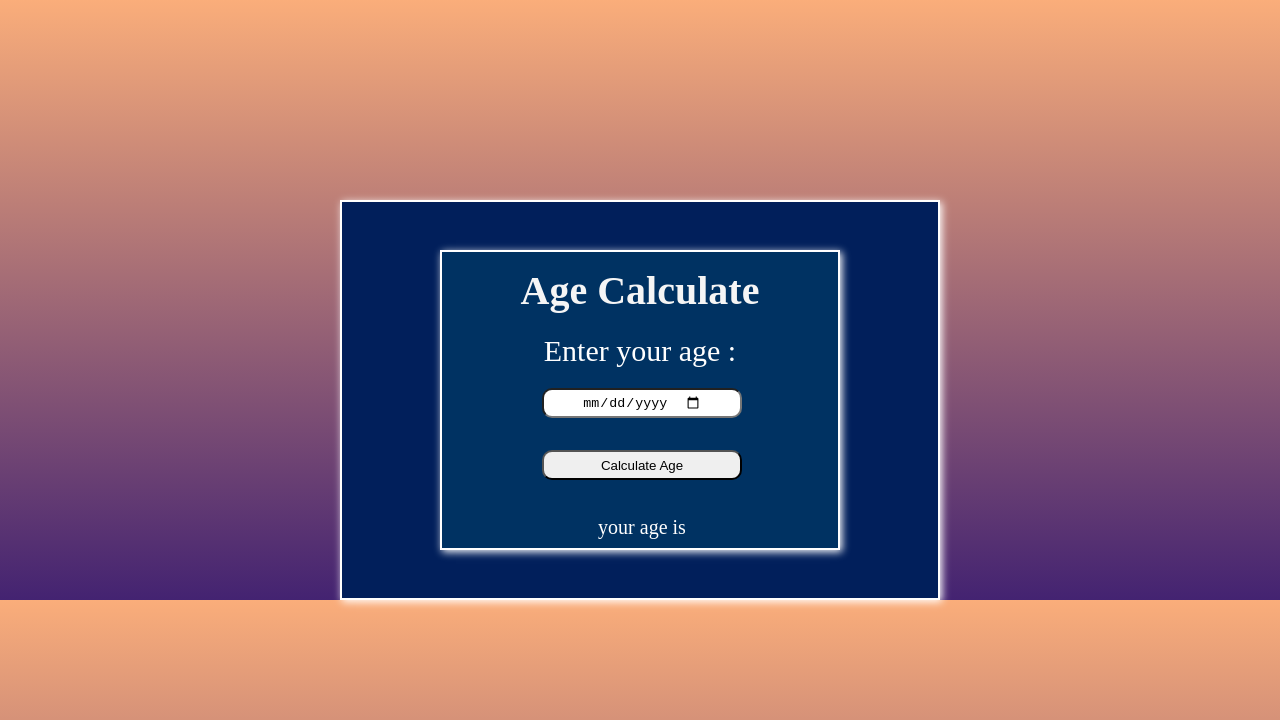
Repository: sristigupta04/basic-js-project
Page: age calculator/age.html
These files come from the project's save history. The page is drawn as it stood at one moment and after the next save; the edit follows.
The browser window is 1280 px wide. The pictures show the whole page.

Above is the page before, as saved 2025-11-07 16:00:47.

### age calculator/age.html
<!DOCTYPE html>
<html lang="en">
<head>
    <meta charset="UTF-8">
    <meta name="viewport" content="width=device-width, initial-scale=1.0">
    <title>Document</title>
    <link rel="stylesheet" href="age.css"/>
</head>
<body>
    <div class="main">
    <div class="age">
    <h1>Age Calculate</h1>

    <label for="eventDate">Enter  your age :</label>
<input type="date" id="eventDate" name="eventDate">
<button>Calculate Age</button>
<p id="realage">your age is </p></div></div>
</body>
</html>

### age calculator/age.css
*{
    padding: 0;
    margin: 0;
    box-sizing: border-box;
}
body{
    display: flex;
    justify-content: center;
    align-items: center;
   background: hsla(265, 53%, 29%, 1);

background: linear-gradient(90deg, hsla(265, 53%, 29%, 1) 0%, hsla(24, 93%, 73%, 1) 100%);

background: -moz-linear-gradient(90deg, hsla(265, 53%, 29%, 1) 0%, hsla(24, 93%, 73%, 1) 100%);

background: -webkit-linear-gradient(90deg, hsla(265, 53%, 29%, 1) 0%, hsla(24, 93%, 73%, 1) 100%);

filter: progid: DXImageTransform.Microsoft.gradient( startColorstr="#432371", endColorstr="#FAAE7B", GradientType=1 );
}

.main{
     display: flex;
    justify-content: center;
    align-items: center;
    border:2px solid white;
    height: 400px;
    width: 600px;
    box-shadow: 2px 2px 8px white;
    font-size: 20px;
     margin-top: 200px;
     background-color:#011F5B;

}

.age{
    background-color:#003262;
     box-shadow: 2px 2px 8px white;
    border:2px solid white;
    height:300px;
    width:400px;
}

.age h1{
     display: flex;
    justify-content: center;
    align-items: center;
    margin-top: 15px;
    color:whitesmoke;
    font-size: 200;

}

.age  label{
    color:white;
 display: flex;
 justify-content: center;
 font-size: 30px;
 margin:20px;

}
.age input{
     display: flex;
     justify-content: center;
     height: 30px;
     width: 200px;
    margin-left: 100px;
    border-radius: 10px;
}
.age button{
    display: flex;
    justify-content: center;
    align-items: center;
   height: 30px;
     width: 200px;
     margin: 2rem;;
      margin-left: 100px;
    border-radius: 10px;
}


#realage{
    display: flex;
    justify-content: center;
    align-items: center;
   height: 30px;
     width: 200px;
     margin: 2rem;;
      margin-left: 100px;
    border-radius: 10px;
    color:white;
}

After the next save:
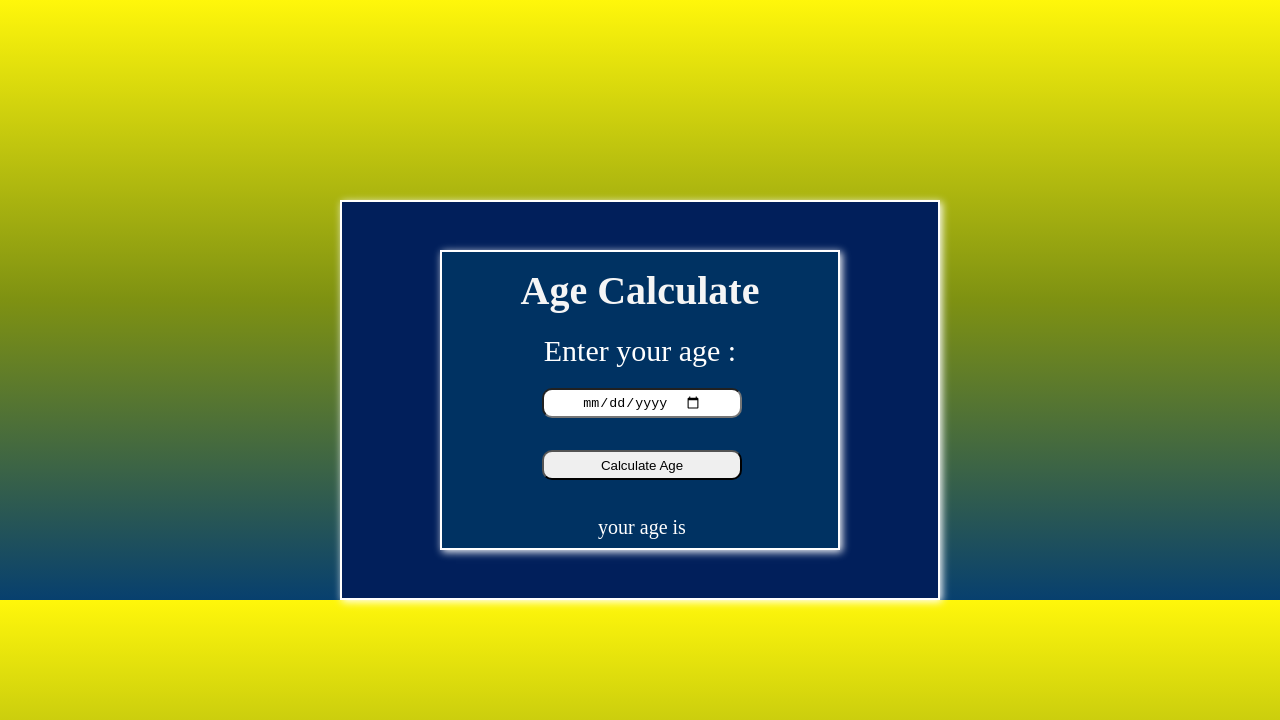
Saved 61 s later.
--- a/age calculator/age.css
+++ b/age calculator/age.css
@@ -7,15 +7,15 @@ body{
     display: flex;
     justify-content: center;
     align-items: center;
-   background: hsla(265, 53%, 29%, 1);
+    background: hsla(207, 88%, 23%, 1);
 
-background: linear-gradient(90deg, hsla(265, 53%, 29%, 1) 0%, hsla(24, 93%, 73%, 1) 100%);
+background: linear-gradient(90deg, hsla(207, 88%, 23%, 1) 0%, hsla(69, 78%, 32%, 1) 50%, hsla(58, 100%, 52%, 1) 100%);
 
-background: -moz-linear-gradient(90deg, hsla(265, 53%, 29%, 1) 0%, hsla(24, 93%, 73%, 1) 100%);
+background: -moz-linear-gradient(90deg, hsla(207, 88%, 23%, 1) 0%, hsla(69, 78%, 32%, 1) 50%, hsla(58, 100%, 52%, 1) 100%);
 
-background: -webkit-linear-gradient(90deg, hsla(265, 53%, 29%, 1) 0%, hsla(24, 93%, 73%, 1) 100%);
+background: -webkit-linear-gradient(90deg, hsla(207, 88%, 23%, 1) 0%, hsla(69, 78%, 32%, 1) 50%, hsla(58, 100%, 52%, 1) 100%);
 
-filter: progid: DXImageTransform.Microsoft.gradient( startColorstr="#432371", endColorstr="#FAAE7B", GradientType=1 );
+filter: progid: DXImageTransform.Microsoft.gradient( startColorstr="#074170", endColorstr="#7E9012", GradientType=1 );
 }
 
 .main{

After the save that followed:
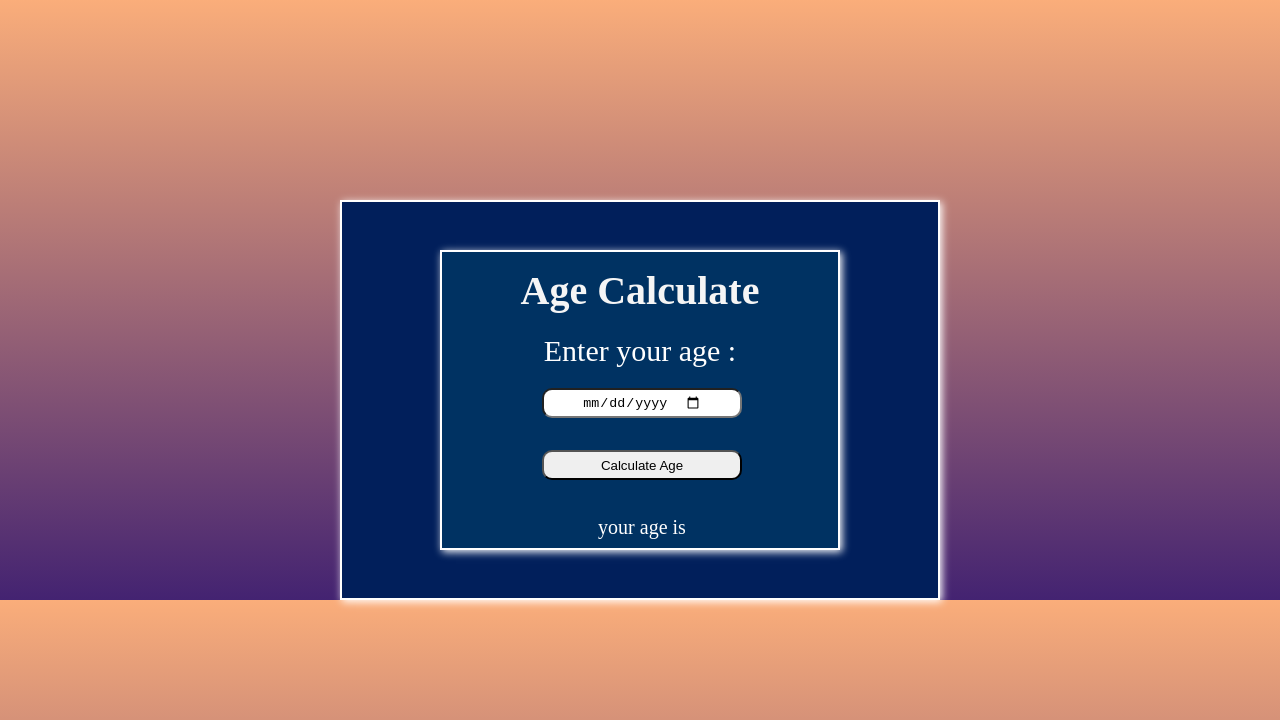
Saved 44 s later.
--- a/age calculator/age.css
+++ b/age calculator/age.css
@@ -7,15 +7,15 @@ body{
     display: flex;
     justify-content: center;
     align-items: center;
-    background: hsla(207, 88%, 23%, 1);
+    background: hsla(265, 53%, 29%, 1);
 
-background: linear-gradient(90deg, hsla(207, 88%, 23%, 1) 0%, hsla(69, 78%, 32%, 1) 50%, hsla(58, 100%, 52%, 1) 100%);
+background: linear-gradient(90deg, hsla(265, 53%, 29%, 1) 0%, hsla(24, 93%, 73%, 1) 100%);
 
-background: -moz-linear-gradient(90deg, hsla(207, 88%, 23%, 1) 0%, hsla(69, 78%, 32%, 1) 50%, hsla(58, 100%, 52%, 1) 100%);
+background: -moz-linear-gradient(90deg, hsla(265, 53%, 29%, 1) 0%, hsla(24, 93%, 73%, 1) 100%);
 
-background: -webkit-linear-gradient(90deg, hsla(207, 88%, 23%, 1) 0%, hsla(69, 78%, 32%, 1) 50%, hsla(58, 100%, 52%, 1) 100%);
+background: -webkit-linear-gradient(90deg, hsla(265, 53%, 29%, 1) 0%, hsla(24, 93%, 73%, 1) 100%);
 
-filter: progid: DXImageTransform.Microsoft.gradient( startColorstr="#074170", endColorstr="#7E9012", GradientType=1 );
+filter: progid: DXImageTransform.Microsoft.gradient( startColorstr="#432371", endColorstr="#faae7b", GradientType=1 );
 }
 
 .main{
